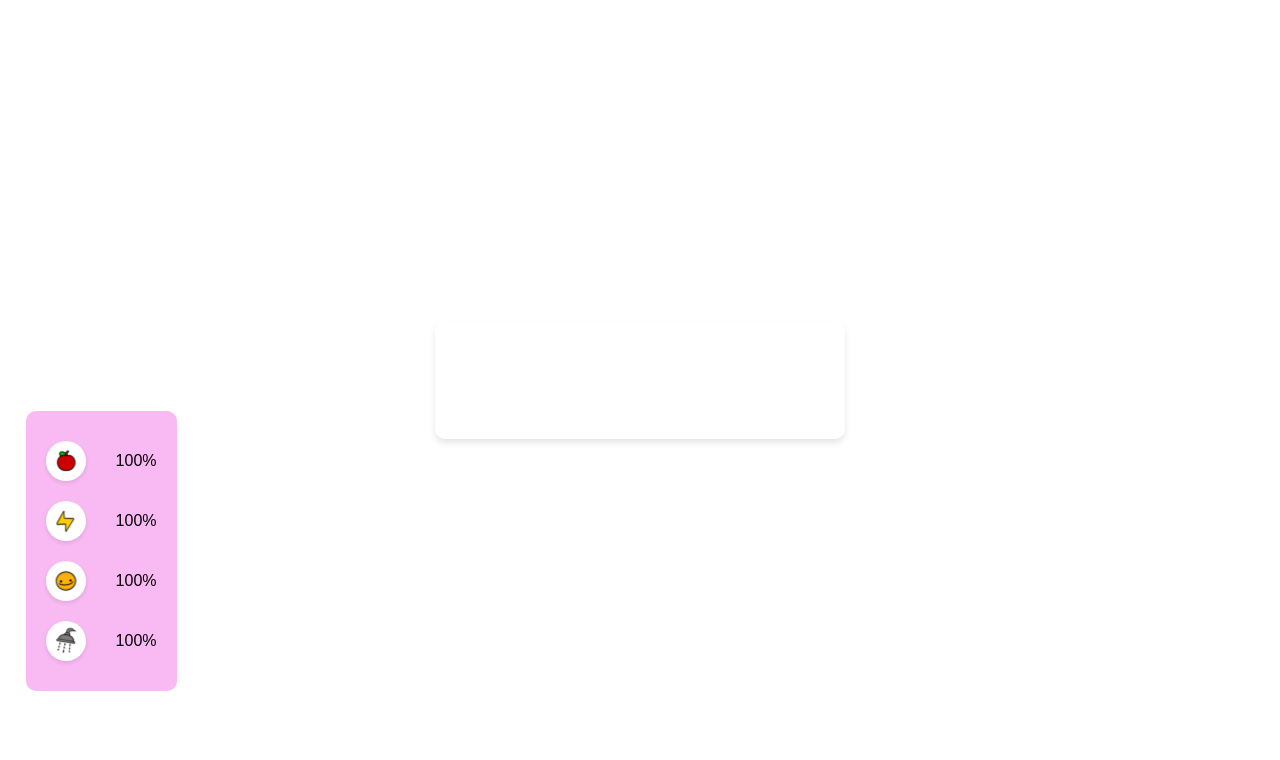
Repository: sarahjx/CapyCare
Page: html/pet.html
An editor plug-in stored every save of this project. The page is shown before and after the next save, followed by the edit.
The browser window is 1280 px wide. The pictures show the whole page.

Above is the page before, as saved 2025-04-30 18:21:50.
Console error: TypeError: Cannot read properties of null (reading 'addEventListener')

After the next save:
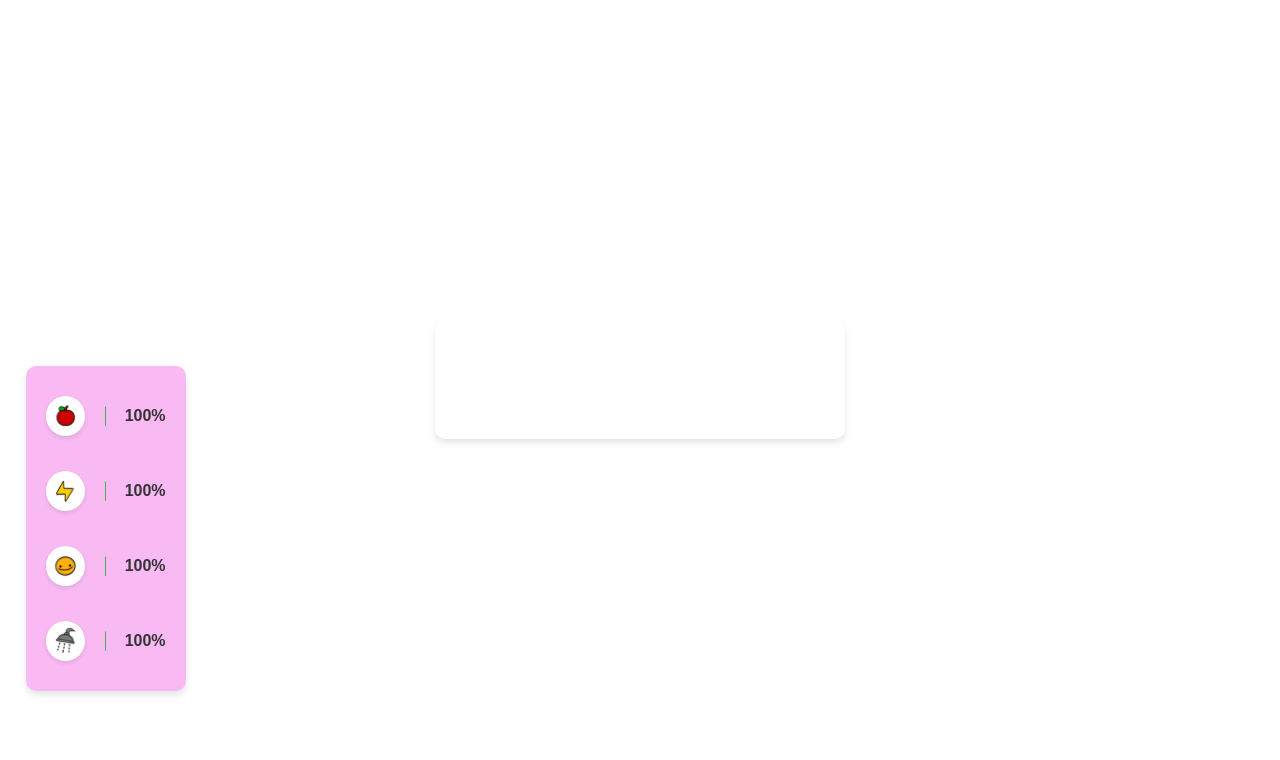
Saved 8 s later.
--- a/css/statusbar.css
+++ b/css/statusbar.css
@@ -35,10 +35,12 @@ body {
   background-color: rgb(249, 185, 243);
   padding: 20px;
   border-radius: 10px;
-  display: inline-flex;
+  display: flex;
   flex-direction: column;
+  gap: 15px;
   bottom: 4%;
   left: 2%;
+  box-shadow: 0 4px 6px rgba(0, 0, 0, 0.1);
 }
 
 .status-icon-container {
@@ -49,7 +51,6 @@ body {
 .status-row {
   display: flex;
   align-items: center;
-  margin: 10px 0;
   gap: 10px;
 }
 
@@ -69,7 +70,7 @@ body {
 }
 
 .bar {
-  flex: 1;
+  width: 200px;
   height: 20px;
   background-color: #eee;
   border-radius: 10px;
@@ -82,6 +83,16 @@ body {
   background-color: #4caf50;
   transition: width 0.3s ease;
   border-radius: 10px;
+}
+
+#hunger-value,
+#energy-value,
+#happiness-value,
+#hygiene-value {
+  min-width: 50px;
+  text-align: right;
+  font-weight: bold;
+  color: #333;
 }
 
 .action-buttons {
